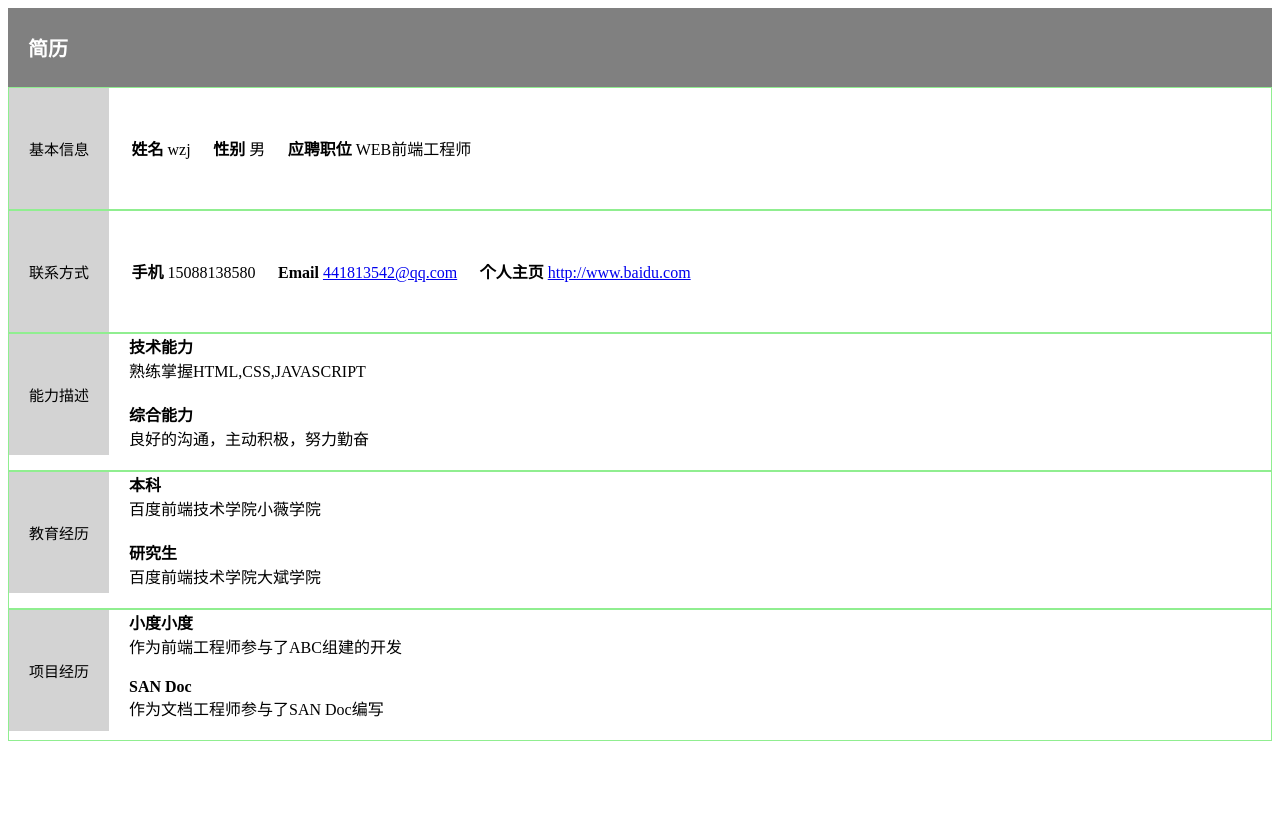
Repository: w441813542/webrecord
Page: day6_day7/jianli.html
An editor plug-in stored every save of this project. The page is shown before and after the next save, followed by the edit.
The browser window is 1280 px wide. The pictures show the whole page.

Above is the page before, as saved 2021-03-09 14:43:37.

After the next save:
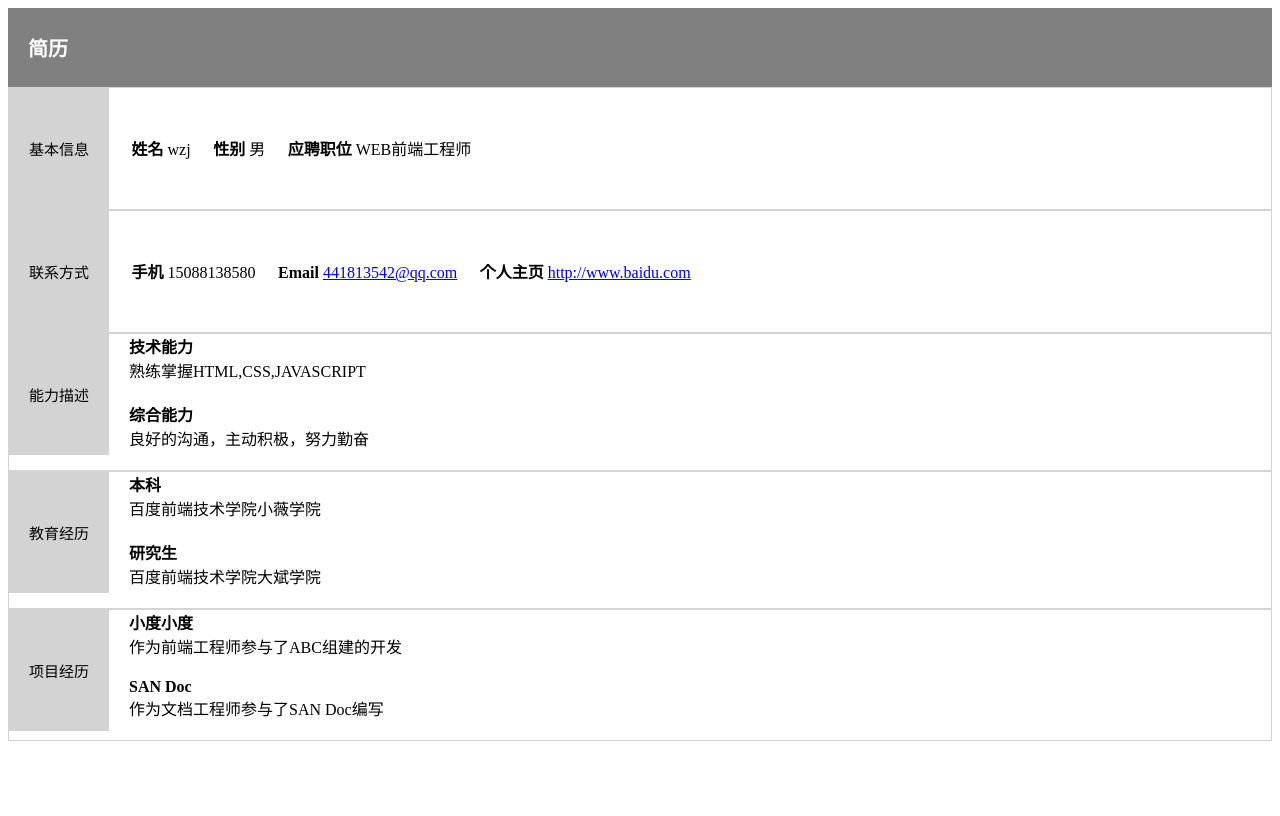
Saved 6 s later.
--- a/day6_day7/style_3.css
+++ b/day6_day7/style_3.css
@@ -33,7 +33,7 @@ html {
 
  .part{
    display: block;
-   border: 1px solid lightgreen;
+   border: 1px solid lightgray;
  }
 
   .part_left{
